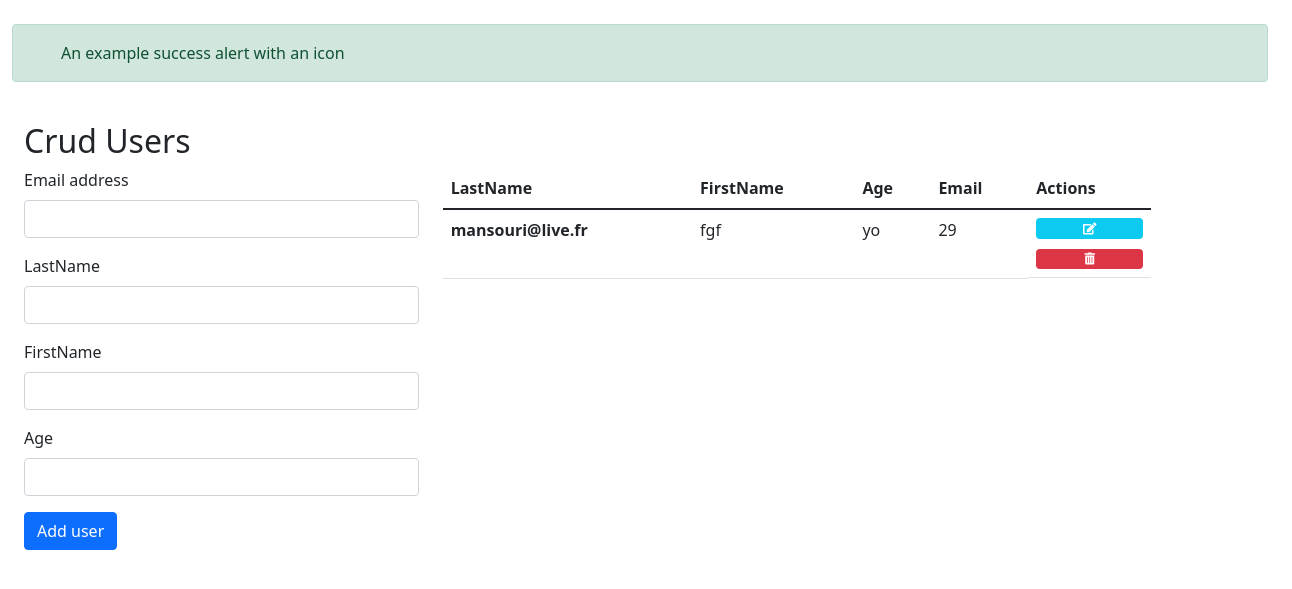
Repository: CydexCode/Simple-student-management-system
Page: template.html
An editor plug-in stored every save of this project. The page is shown before and after the next save, followed by the edit.
The browser window is 1280 px wide. The page is 1292 px wide, so the pictures cover 1292 px, including what lies to the right of the window. The pictures show the whole page.

Above is the page before, as saved 2022-09-17 09:56:41.

After the next save:
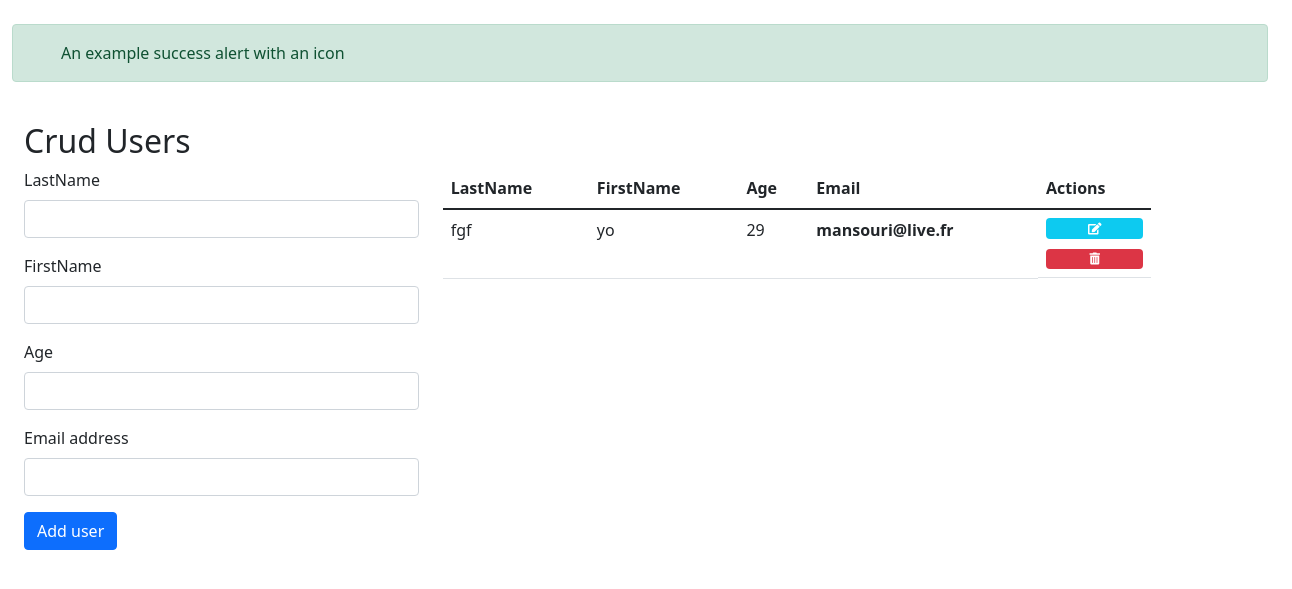
Saved 42 s later.
--- a/template.html
+++ b/template.html
@@ -31,10 +31,7 @@
      <div class="col-12 col-lg-4">
          <form>
              <!-- is-invalid if you want valid data -->
-            <div class="mb-3">
-                <label for="Email" class="form-label">Email address</label>
-                <input type="text" class="form-control" name="Email">
-            </div>
+
             <div class="mb-3">
                 <label for="Lastname" class="form-label">LastName</label>
                 <input type="text" class="form-control" name="LastName">
@@ -46,6 +43,10 @@
             <div class="mb-3">
                 <label for="Age" class="form-label">Age</label>
                 <input type="text" class="form-control" name="Age">
+            </div>
+            <div class="mb-3">
+                <label for="Email" class="form-label">Email address</label>
+                <input type="text" class="form-control" name="Email">
             </div>
             <button class="btn btn-primary">Add user</button>
          </form>
@@ -64,10 +65,11 @@
             </thead>
             <tbody>
                 <tr>
-                    <th>mansouri@live.fr</th>
+
                     <td>fgf</td>
                     <td>yo</td>
                     <td>29</td>
+                    <th>mansouri@live.fr</th>
                     <td class="gap__actions">
 
                      <span class="badge bg-info"><a href="/id" class="text-white"><i class="fas fa-edit"></i></a></span>
